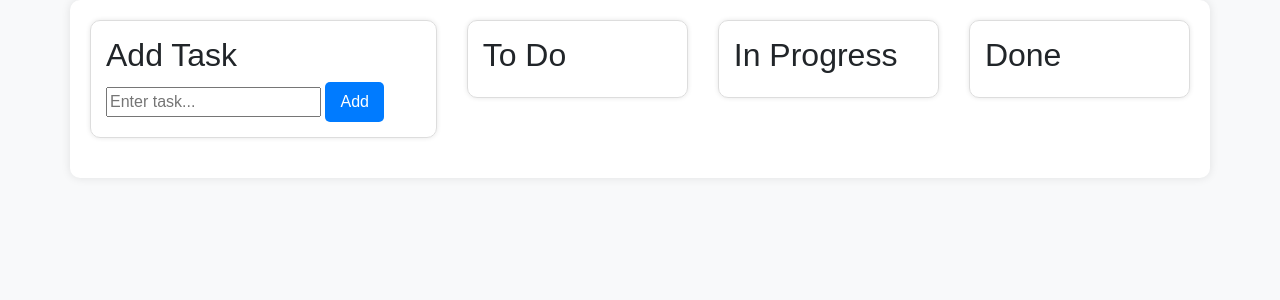
Repository: ZakariaZhlat125/test-rar-it
Page: http://localhost/
These files come from the project's save history. The page is drawn as it stood at one moment and after the next save; the edit follows.
The browser window is 1280 px wide. The pictures show the whole page.
Some web libraries are served in a nearby version. The page is run by PHP 8.4 with error messages shown; the project is at /var/www/html/. The database holds what the project's SQL file puts in it.

Above is the page before, as saved 2024-03-01 23:13:09.

### index.php
<!DOCTYPE html>
<html lang="en">
<head>
  <meta charset="UTF-8">
  <meta name="viewport" content="width=device-width, initial-scale=1.0">
  <link href="https://stackpath.bootstrapcdn.com/bootstrap/4.5.0/css/bootstrap.min.css" rel="stylesheet">
  <link rel="stylesheet" href="styles.css">
  <title>Drag and Drop To-Do List</title>
</head>
<body>

<div class="container">
  <div class="row">
    <div class="col-md-4">
      <div id="add-task" class="task-list" ondrop="drop(event)" ondragover="allowDrop(event)">
        <h2>Add Task</h2>
        <input type="text" id="taskInput" placeholder="Enter task...">
        <button onclick="addTask()">Add</button>
      </div>
    </div>

    <div class="col-md-8">
      <div class="row">
        <div class="col-md-4">
          <div id="todo-list" class="task-list" ondrop="drop(event)" ondragover="allowDrop(event)">
            <h2>To Do</h2>
          </div>
        </div>
        <div class="col-md-4">
          <div id="in-progress-list" class="task-list" ondrop="drop(event)" ondragover="allowDrop(event)">
            <h2>In Progress</h2>
          </div>
        </div>
        <div class="col-md-4">
          <div id="done-list" class="task-list" ondrop="drop(event)" ondragover="allowDrop(event)">
            <h2>Done</h2>
          </div>
        </div>
      </div>
    </div>
  </div>
</div>

<script src="https://code.jquery.com/jquery-3.5.1.slim.min.js"></script>

<script src="https://cdn.jsdelivr.net/npm/@popperjs/core@2.10.2/dist/umd/popper.min.js"></script>
<script src="https://stackpath.bootstrapcdn.com/bootstrap/4.5.0/js/bootstrap.min.js"></script>
<script src="script.js"></script>
</body>
</html>

### fetch_tasks.php
<?php
$servername = "localhost";
$username = "root";
$password = "";
$dbname = "docdb";

$conn = new mysqli($servername, $username, $password, $dbname);

if ($conn->connect_error) {
    die("Connection failed: " . $conn->connect_error);
}

$status = isset($_GET['status']) ? $_GET['status'] : null;

if ($status !== null) {
    // Adjust the SQL query based on your database schema
    $sql = "SELECT * FROM tasks WHERE status = '$status' ORDER BY date_created ";
    $result = $conn->query($sql);

    if ($result->num_rows > 0) {
        while ($row = $result->fetch_assoc()) {
            echo '<div class="task-item" id="' . $row['id'] . '" draggable="true" ondragstart="drag(event)">' . $row['name'] . '</div>';
        }
    } else {
        echo '<p>No tasks in this category</p>';
    }
}

$conn->close();

### styles.css
body {
  margin: 0;
  padding: 0;
  font-family: 'Arial', sans-serif;
  background-color: #f8f9fa; /* Light gray background */
}

.container {
  display: flex;
  flex-direction: column;
  background-color: #ffffff; /* White background */
  padding: 20px;
  border-radius: 10px;
  box-shadow: 0 0 10px rgba(0, 0, 0, 0.1); /* Box shadow for depth */
}

.bigbox {
  border: 1px solid #ddd;
  padding: 10px;
  border-radius: 10px;
  display: flex;
  justify-content: space-between;
  box-shadow: 0 0 10px rgba(0, 0, 0, 0.1); /* Box shadow for depth */
}

.task-list {
  border: 1px solid #ddd;
  padding: 15px; /* Increased padding for better spacing */
  border-radius: 10px;
  margin-bottom: 20px;
  box-shadow: 0 0 5px rgba(0, 0, 0, 0.1); /* Subtle box shadow */
}

button {
  background-color: #007bff; /* Bootstrap primary color */
  color: #ffffff;
  border: none;
  padding: 8px 15px;
  border-radius: 5px;
  cursor: pointer;
}

button:hover {
  background-color: #0056b3; /* Darker shade on hover */
}

### script.js
$(document).ready(function () {
  // Fetch and display tasks from the database on page load
  fetchAndDisplayTasks("todo", "todo-tasks-container");
  fetchAndDisplayTasks("in-progress", "in-progress-tasks-container");
  fetchAndDisplayTasks("done", "done-tasks-container");
});

function fetchAndDisplayTasks(listId, containerId) {
  $.ajax({
    type: "GET",
    url: "fetch_tasks.php", // Adjust the URL based on your server-side implementation
    data: { status: listId },
    success: function (response) {
      // Append tasks to the specified container
      $("#" + containerId).html(response);
      addDeleteButtons();
      addDragListeners();
    },
    error: function (xhr, status, error) {
      console.error("Error fetching tasks: " + xhr.responseText);
    },
  });
}

function addDragListeners() {
  // Add dragstart event listener to each task
  $(".task-item").on("dragstart", function (event) {
    event.originalEvent.dataTransfer.setData("text", event.target.id);
  });

  // Add drop event listener to each task list
  $(".task-list").on("drop", function (event) {
    event.preventDefault();
    var data = event.originalEvent.dataTransfer.getData("text");
    console.log(data);
    var draggedElement = $("#" + data);

    // Get the target task list
    var targetList = $(event.target).closest(".task-list");

    // Append the dragged element to the target task list
    if (targetList) {
      targetList.append(draggedElement);
      // Update the status in the database
      updateTaskStatus(draggedElement.attr("id"), targetList.attr("id"));
    }
  });

  // Add dragover event listener to each task list
  $(".task-list").on("dragover", function (event) {
    event.preventDefault();
  });
  $(".delete-btn").on("dragstart", function (event) {
    event.stopPropagation();
  });
}
function allowDrop(event) {
  event.preventDefault();
}

function drag(event) {
  event.dataTransfer.setData("text", event.target.id);
}

function drop(event) {
  event.preventDefault();
  var data = event.dataTransfer.getData("text");
  var draggedElement = document.getElementById(data);

  // Get the target task list
  var targetList = event.target.closest(".task-list");

  // Append the dragged element to the target task list
  if (targetList) {
    targetList.appendChild(draggedElement);
  }

  // TODO: Check if the target list is the "Add Task" box and handle accordingly
  if (targetList.id === "add-task") {
    // Add task handling logic here
    addTask(draggedElement.textContent);
  }

  // TODO: Save data to the database using AJAX and update the server-side records
  saveTaskToDatabase();
}

function addTask(taskText) {
  var taskInput = document.getElementById("taskInput");
  var taskText = taskInput.value.trim();

  if (taskText !== "") {
    // Create a new task item
    var newTask = document.createElement("div");
    newTask.textContent = taskText;
    newTask.className = "task-item";
    newTask.draggable = true;
    newTask.id = "task" + Math.floor(Math.random() * 1000);
    // Make the newly added task draggable
    newTask.setAttribute("draggable", true);
    newTask.setAttribute("ondragstart", "drag(event)");

    // Append the new task to the "Add Task" box
    var addTaskBox = document.getElementById("add-task");
    addTaskBox.appendChild(newTask);

    // Clear the input field
    taskInput.value = "";

    // Save the task to the database
    saveTaskToDatabase(newTask.textContent);
  }
}

function saveTaskToDatabase(taskText) {
  // TODO: Implement AJAX to save the task to the database
  $.ajax({
    type: "POST",
    url: "save.php",
    data: {
      taskText: taskText,
      action: "addTask", // Indicate that this is an add task action
    },
    success: function (response) {
      console.log(response);
    },
    error: function (xhr, status, error) {
      console.error("Error: " + xhr.responseText);
    },
  });
  addDragListeners();
}

function updateTaskStatus(taskId, status) {
  $.ajax({
    type: "POST",
    url: "update_status.php",
    data: {
      taskId: taskId,
      status: status,
    },
    success: function (response) {
      console.log(response);
    },
    error: function (xhr, status, error) {
      console.error("Error updating task status: " + xhr.responseText);
    },
  });
}

////  delete  /////
function addDeleteButtons() {
  // Add a delete button to each task
  $(".task-item").each(function () {
    // Check if the delete button is already added to the task
    if ($(this).find(".delete-btn").length === 0) {
      var deleteButton = $("<button>")
        .addClass("delete-btn")
        .text("x")
        .click(function () {
          deleteTask($(this).closest(".task-item"));
        });

      $(this).append(deleteButton);
    }
  });
}

function deleteTask(taskItem) {
  var taskId = taskItem.attr("id");

  // TODO: Remove the task from the database using AJAX and update the server-side records
  removeTaskFromDatabase(taskId);

  // Remove the task item from the DOM
  taskItem.remove();
}

function removeTaskFromDatabase(taskId) {
  // TODO: Implement AJAX to remove the task from the database
  $.ajax({
    type: "POST",
    url: "remove.php",
    data: {
      taskId: taskId,
      action: "removeTask", // Indicate that this is a remove task action
    },
    success: function (response) {
      console.log(response);
    },
    error: function (xhr, status, error) {
      console.error("Error: " + xhr.responseText);
    },
  });
}

### docdb.sql (the tables this page reads)
CREATE TABLE `tasks` (
  `id` int(11) NOT NULL,
  `name` varchar(255) NOT NULL,
  `date_created` timestamp NOT NULL DEFAULT current_timestamp(),
  `status` varchar(50) DEFAULT 'todo'
) ENGINE=InnoDB DEFAULT CHARSET=utf8mb4 COLLATE=utf8mb4_general_ci;

INSERT INTO `tasks` (`id`, `name`, `date_created`, `status`) VALUES
(7, 'test', '2024-03-01 19:39:43', 'done'),
(9, 'test', '2024-03-01 20:20:03', 'todo'),
(10, 'test', '2024-03-01 20:20:09', 'done'),
(11, 'eeeex', '2024-03-01 20:21:06', 'todo'),
(15, 'testx', '2024-03-01 20:24:11', 'todo');

ALTER TABLE `tasks`
  ADD PRIMARY KEY (`id`);

ALTER TABLE `tasks`
  MODIFY `id` int(11) NOT NULL AUTO_INCREMENT, AUTO_INCREMENT=16;

After the next save:
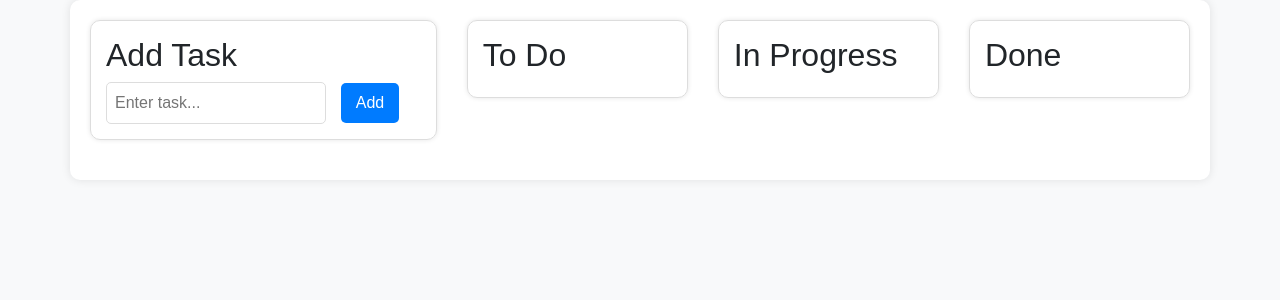
Saved 8 s later.
--- a/styles.css
+++ b/styles.css
@@ -43,3 +43,10 @@ button {
 button:hover {
   background-color: #0056b3; /* Darker shade on hover */
 }
+#taskInput {
+  border-radius: 5px;
+  border: 1px solid #ddd;
+  padding: 8px;
+  width: 70%;
+  margin-right: 10px;
+}

After the 5 saves that followed:
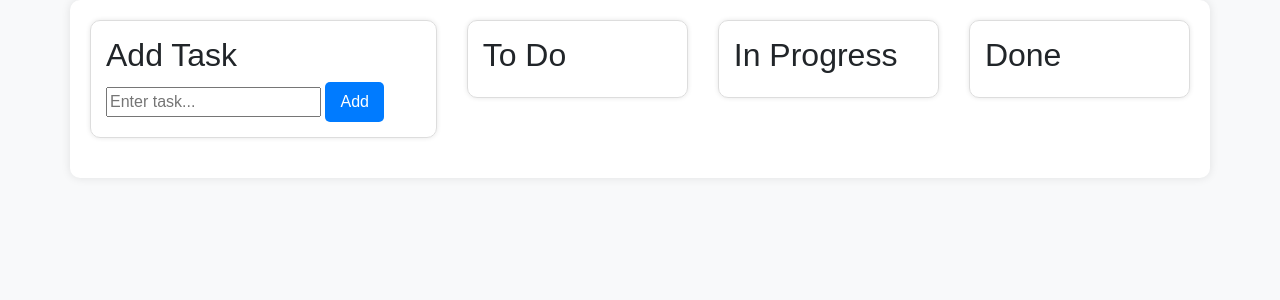
The 5 saves are shown as one change because 4 left the picture as it was.
The last was saved 2 min 51 s later.
--- a/styles.css
+++ b/styles.css
@@ -40,13 +40,31 @@ button {
   cursor: pointer;
 }
 
-button:hover {
+/* button:hover {
   background-color: #0056b3; /* Darker shade on hover */
-}
+} */
 #taskInput {
   border-radius: 5px;
   border: 1px solid #ddd;
   padding: 8px;
   width: 70%;
   margin-right: 10px;
+  position: relative;
 }
+.task-item {
+  background-color: #fafaf8;
+  border: 1px solid #b5bcc2;
+  border-radius: 10px;
+  margin-bottom: 5px;
+  padding: 10px;
+  cursor: grab;
+  position: relative;
+}
+.delete-btn {
+  position: absolute;
+  border: none;
+  background: none;
+  top: 5px;
+  right: 5px;
+  cursor: pointer;
+}
